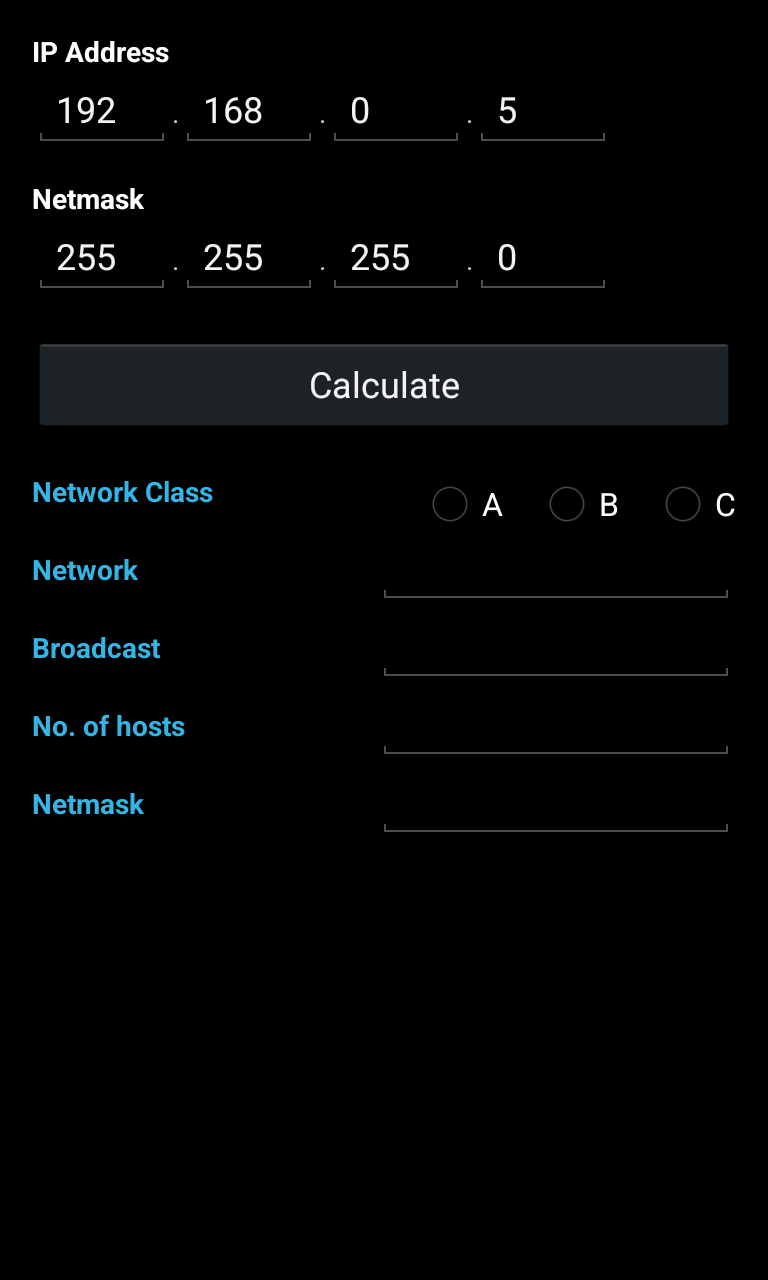
Repository: bighost/Simple-Subnetting
Layout: Android/SimpleSubnet/res/layout/activity_main.xml
An editor plug-in stored every save of this project. The layout is shown before and after the next save, followed by the edit.
It is drawn on a 768 x 1280 px phone screen (xhdpi) without system bars, with theme android:Theme.Holo; the app's code is not run.

Above is the layout before, as saved 2014-01-14 18:21:32.

After the next save:
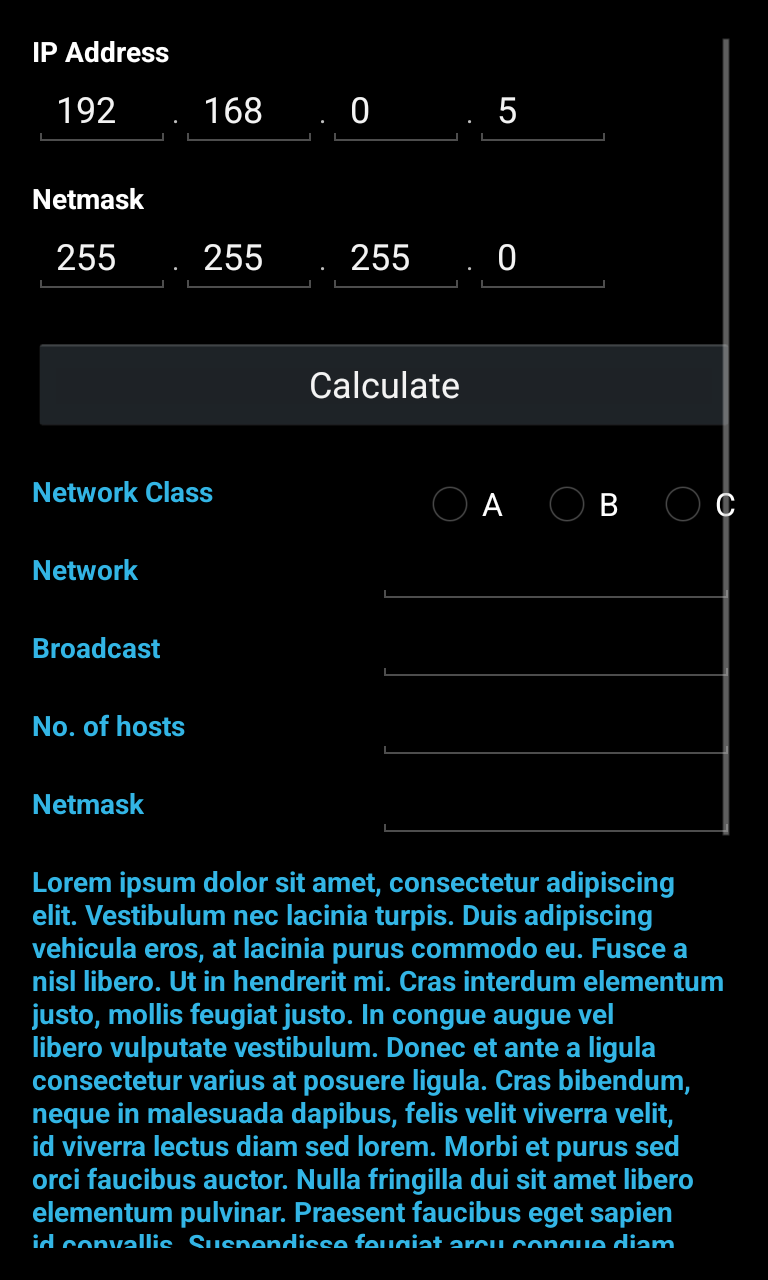
Saved 4 min 2 s later.
--- a/Android/SimpleSubnet/res/layout/activity_main.xml
+++ b/Android/SimpleSubnet/res/layout/activity_main.xml
@@ -341,6 +341,21 @@
 		        android:singleLine="true"
 		        android:focusable="false"
 		    	/>
+
+		   <TextView
+		        android:id="@+id/new"
+		        android:layout_width="wrap_content"
+		        android:layout_height="wrap_content"
+		        android:layout_marginTop="@dimen/spacing"
+		        android:layout_alignParentLeft="true"
+		        android:layout_below="@+id/text_view_netmask_slash"
+		        android:text="Lorem ipsum dolor sit amet, consectetur adipiscing elit. Vestibulum nec lacinia turpis. Duis adipiscing vehicula eros, at lacinia purus commodo eu. Fusce a nisl libero. Ut in hendrerit mi. Cras interdum elementum justo, mollis feugiat justo. In congue augue vel libero vulputate vestibulum. Donec et ante a ligula consectetur varius at posuere ligula. Cras bibendum, neque in malesuada dapibus, felis velit viverra velit, id viverra lectus diam sed lorem. Morbi et purus sed orci faucibus auctor. Nulla fringilla dui sit amet libero elementum pulvinar. Praesent faucibus eget sapien id convallis. Suspendisse feugiat arcu congue diam cursus ultrices. Aenean porttitor purus facilisis urna vestibulum, id cursus odio accumsan. Nam porta quam et augue imperdiet luctus.
+
+Sed eget nulla ut mi placerat euismod. Sed mi nisi, suscipit ut mi vitae, volutpat ullamcorper ligula. Aliquam bibendum porta ipsum, vitae venenatis nibh pellentesque sed. Praesent in mattis ipsum. Curabitur luctus odio augue, a semper lectus euismod sit amet. Praesent rutrum vehicula eleifend. Donec ac risus iaculis, scelerisque mi et, sodales arcu. Sed a magna quam. In hac habitasse platea dictumst. Donec non magna venenatis, laoreet libero ac, commodo odio. Donec placerat volutpat libero, eget dignissim odio molestie quis. Cras placerat sapien sit amet ligula consectetur, sit amet malesuada orci congue. Phasellus tincidunt purus sed odio dictum, et iaculis nunc porttitor. Etiam tellus nisi, mattis id sem eu, elementum cursus nisi. Quisque elit justo, facilisis eu ornare ut, luctus at purus."
+		        android:textAppearance="?android:attr/textAppearanceSmall"
+		        android:textColor="@color/subnetting_blue"
+		        android:textStyle="bold"
+		        />
     	</RelativeLayout>
 	</ScrollView>
 </RelativeLayout>

After the 2 saves that followed:
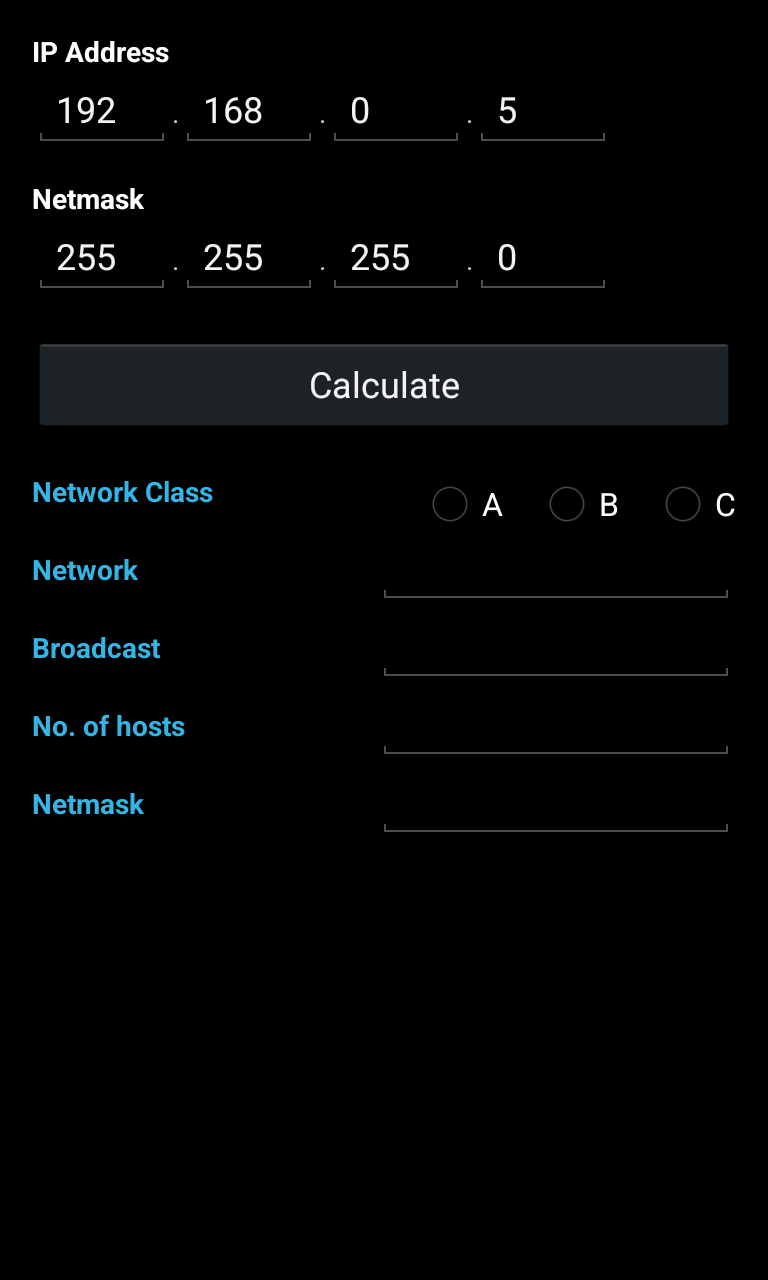
The 2 saves are shown as one change because 1 left the picture as it was.
The last was saved 4 min 7 s later.
--- a/Android/SimpleSubnet/res/layout/activity_main.xml
+++ b/Android/SimpleSubnet/res/layout/activity_main.xml
@@ -343,15 +343,13 @@
 		    	/>
 
 		   <TextView
-		        android:id="@+id/new"
+		        android:id="@+id/sadsadas"
 		        android:layout_width="wrap_content"
 		        android:layout_height="wrap_content"
 		        android:layout_marginTop="@dimen/spacing"
 		        android:layout_alignParentLeft="true"
 		        android:layout_below="@+id/text_view_netmask_slash"
-		        android:text="Lorem ipsum dolor sit amet, consectetur adipiscing elit. Vestibulum nec lacinia turpis. Duis adipiscing vehicula eros, at lacinia purus commodo eu. Fusce a nisl libero. Ut in hendrerit mi. Cras interdum elementum justo, mollis feugiat justo. In congue augue vel libero vulputate vestibulum. Donec et ante a ligula consectetur varius at posuere ligula. Cras bibendum, neque in malesuada dapibus, felis velit viverra velit, id viverra lectus diam sed lorem. Morbi et purus sed orci faucibus auctor. Nulla fringilla dui sit amet libero elementum pulvinar. Praesent faucibus eget sapien id convallis. Suspendisse feugiat arcu congue diam cursus ultrices. Aenean porttitor purus facilisis urna vestibulum, id cursus odio accumsan. Nam porta quam et augue imperdiet luctus.
-
-Sed eget nulla ut mi placerat euismod. Sed mi nisi, suscipit ut mi vitae, volutpat ullamcorper ligula. Aliquam bibendum porta ipsum, vitae venenatis nibh pellentesque sed. Praesent in mattis ipsum. Curabitur luctus odio augue, a semper lectus euismod sit amet. Praesent rutrum vehicula eleifend. Donec ac risus iaculis, scelerisque mi et, sodales arcu. Sed a magna quam. In hac habitasse platea dictumst. Donec non magna venenatis, laoreet libero ac, commodo odio. Donec placerat volutpat libero, eget dignissim odio molestie quis. Cras placerat sapien sit amet ligula consectetur, sit amet malesuada orci congue. Phasellus tincidunt purus sed odio dictum, et iaculis nunc porttitor. Etiam tellus nisi, mattis id sem eu, elementum cursus nisi. Quisque elit justo, facilisis eu ornare ut, luctus at purus."
+		        android:text=""
 		        android:textAppearance="?android:attr/textAppearanceSmall"
 		        android:textColor="@color/subnetting_blue"
 		        android:textStyle="bold"
